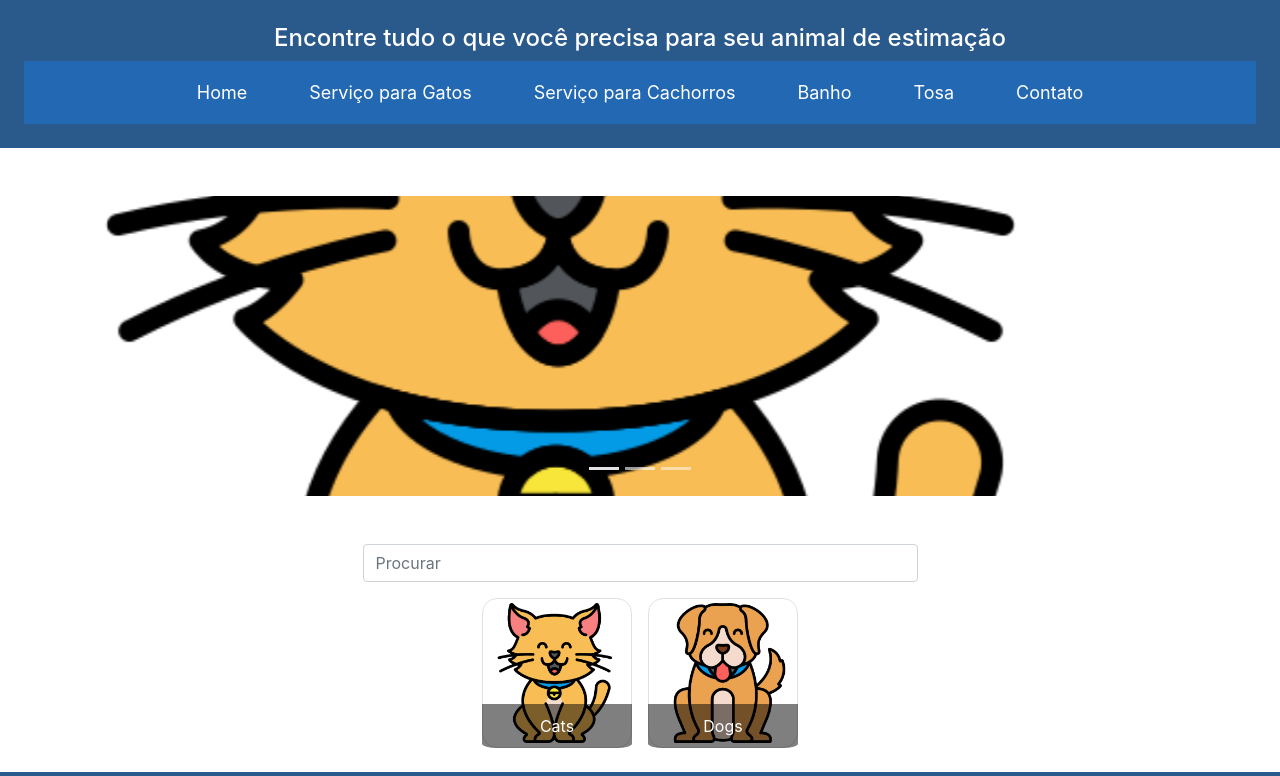
Repository: graeff01/petshop-project
Page: index.html
An editor plug-in stored every save of this project. The page is shown before and after the next save, followed by the edit.
The browser window is 1280 px wide. The pictures show the part of the page from y = 0 to 776 px (the page is 1956 px tall).
A picture or video elsewhere on the page could not be fetched, so the positions and the page height are approximate.

Above is the page before, as saved 2024-09-18 11:08:39.

After the next save:
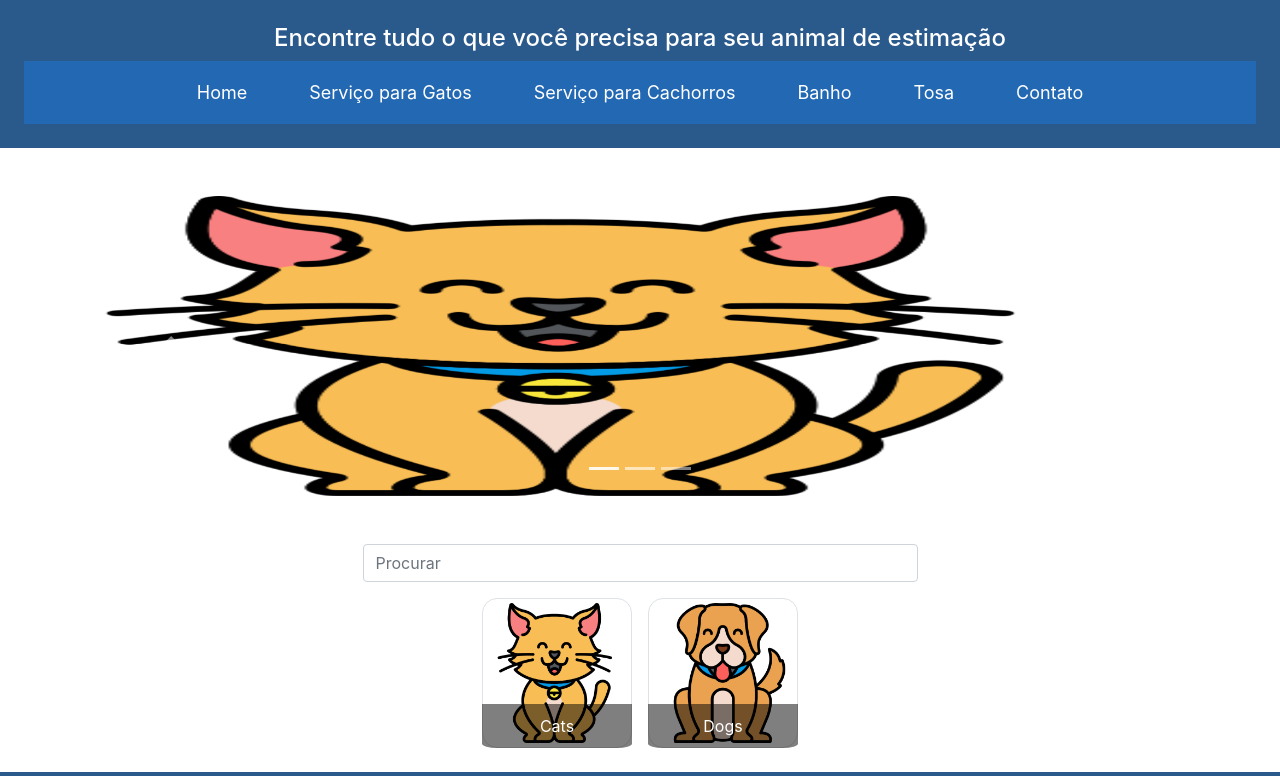
Saved 6 s later.
--- a/css/style.css
+++ b/css/style.css
@@ -64,7 +64,6 @@ nav ul li a:hover {
 .carousel-item img {
     max-height: 300px;
     min-width: 100px;
-    object-fit: cover;
 }
 
 /* Categorias de animais */
